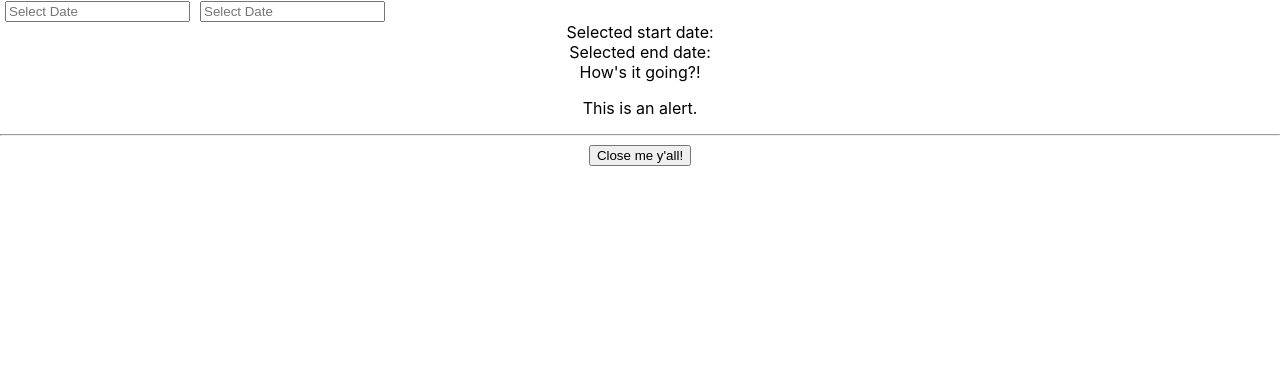
Repository: LizAcu/RugTest
Page: /
An editor plug-in stored every save of this project. The page is shown before and after the next save, followed by the edit.
The browser window is 1280 px wide. The pictures show the whole page.
The project was rebuilt for these pictures with package versions that can differ from the ones it lists, and the page was loaded fresh each time.

Above is the page before, as saved 2022-08-25 13:00:22.

### src/App.js
import logo from './logo.svg';
import './App.css';
import BarcodeForm from './BarcodeForm/BarcodeForm';
import WelcomeAlert from './WelcomeAlert/WelcomeAlert';

function App() {
  return (
    <div className="App">
      <BarcodeForm/>
      <WelcomeAlert/>


    </div>
  );
}

export default App;

### src/BarcodeForm/BarcodeForm.js
import { render } from "@testing-library/react";
import PickupDate from "../PickupDate/PickupDate";

const BarcodeForm = () => {


    return (
        <div>
            <PickupDate/>
        </div>

      )

}


export default BarcodeForm

### src/WelcomeAlert/WelcomeAlert.js
import React, { useState } from 'react';
import Alert from 'react-bootstrap/Alert';
import Button from 'react-bootstrap/Button';

function AlertDismissible() {
  const [show, setShow] = useState(true);

  return (
    <>
      <Alert show={show} variant="success">
        <Alert.Heading>How's it going?!</Alert.Heading>
        <p>
          This is an alert.

        </p>
        <hr />
        <div className="d-flex justify-content-end">
          <Button onClick={() => setShow(false)} variant="outline-success">
            Close me y'all!
          </Button>
        </div>
      </Alert>

      {!show && <Button onClick={() => setShow(true)}>Show Alert</Button>}
    </>
  );
}


export default AlertDismissible

### src/PickupDate/PickupDate.js
import React, { useState } from 'react';
import DatePicker from 'react-datepicker';
import 'react-datepicker/dist/react-datepicker.css';
import styled from "styled-components";

const Styles = styled.div`
    .react-datepicker-wrapper,
    .react-datepicker__input-container
    .react-datepicker__input-container input {
        width: 195px;
    }
    `;

    //   .react-datepicker__close-icon::before,
//   .react-datepicker__close-icon::after {
    // background-color: red;
// }

export function DatePickerRange() {
    // const [startDate, setStartDate] = useState(new Date());
    // const [endDate, setEndDate] = useState(new Date());
    const [startDate, setStartDate] = useState(null);
    const [endDate, setEndDate] = useState(null)

    //don't forget to wrap datepicker in divs upon return

    return (
        <div>
            <div style={{ display: "flex" }}>
        <DatePicker
            isClearable
            placeholderText="Select Date"
            showTimeSelect
            dateFormat="MMMM d, yyyy h:mmaa"
            selected={startDate}
            selectsStart
            startDate={startDate}
            endDate={endDate}
            onChange={date => setStartDate(date)}

        />

        <DatePicker
            isClearable
            placeholderText="Select Date"
            showTimeSelect
            dateFormat="MMMM d, yyyy h:mmaa"
            selected={endDate}
            selectsEnd
            startDate={startDate}
            endDate={endDate}
            minDate={startDate}
            onChange={date => setEndDate(date)}
        />
        </div>
        <div>Selected start date:{startDate ? startDate.toString() : null}</div>
        <div>Selected end date:{endDate ? endDate.toString() : null}</div>
            </div>

    );
};

export default function TableDatePicker() {
    return (
        <Styles>
            <DatePickerRange />
        </Styles>
    );
};

Loaded but not shown: public/index.html (common file); src/index.js (common file); src/index.css (common file); src/reportWebVitals.js (common file); src/App.css (common file)

After the next save:
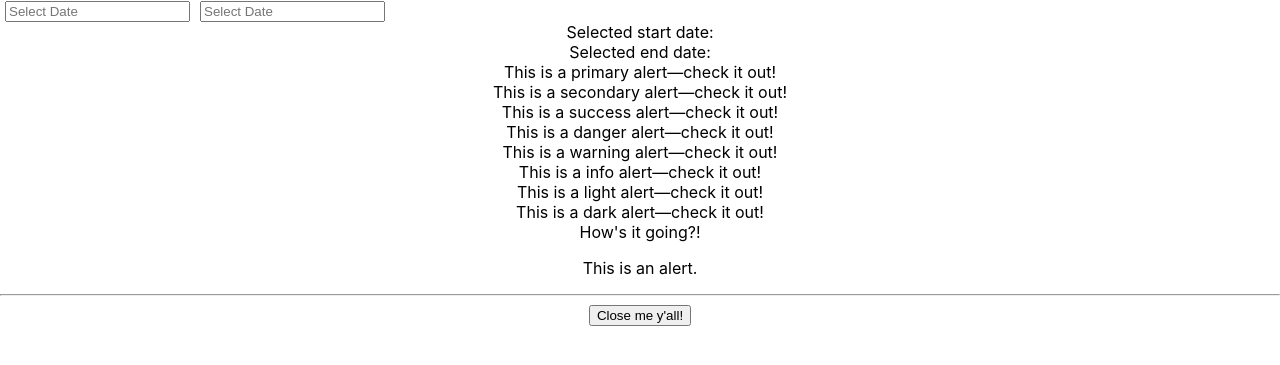
Saved 4 min 55 s later.
--- a/src/WelcomeAlert/WelcomeAlert.js
+++ b/src/WelcomeAlert/WelcomeAlert.js
@@ -7,6 +7,24 @@ function AlertDismissible() {
 
   return (
     <>
+
+    {[
+        'primary',
+        'secondary',
+        'success',
+        'danger',
+        'warning',
+        'info',
+        'light',
+        'dark',
+      ].map((variant) => (
+        <Alert key={variant} variant={variant}>
+          This is a {variant} alert—check it out!
+        </Alert>
+      ))}
+
+
+
       <Alert show={show} variant="success">
         <Alert.Heading>How's it going?!</Alert.Heading>
         <p>
